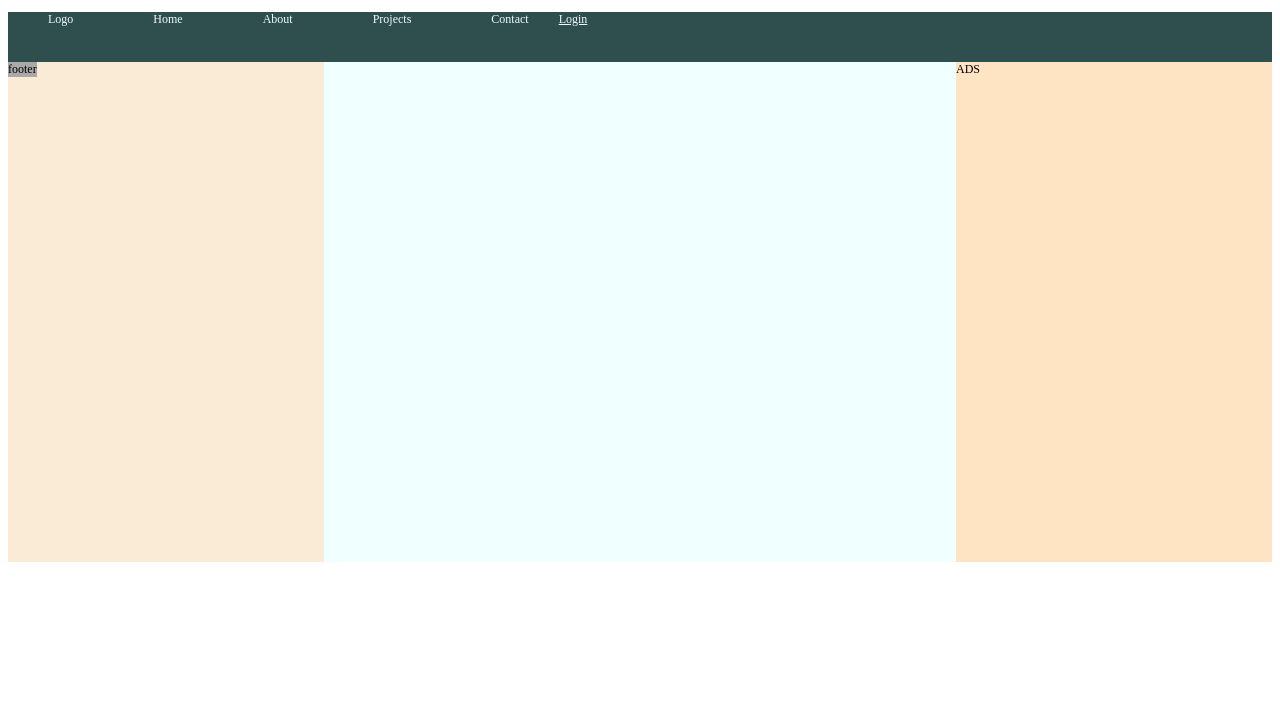
Repository: congle98/CSS_LayoutRWDCoBan
Page: index.html
An editor plug-in stored every save of this project. The page is shown before and after a run of saves, followed by the edit.
The browser window is 1280 px wide. The pictures show the whole page.

Above is the page before, as saved 2021-05-26 16:18:43.

### index.html
<!DOCTYPE html>
<html lang="en">
<head>
    <meta charset="UTF-8">
    <meta http-equiv="X-UA-Compatible" content="IE=edge">
    <meta name="viewport" content="width=device-width, initial-scale=1.0">
    <title>Document</title>
    <style>
        .col-1 {width: 8.33%;}
        .col-2 {width: 16.66%;}
        .col-3 {width: 25%;}
        .col-4 {width: 33.33%;}
        .col-5 {width: 41.66%;}
        .col-6 {width: 50%;}
        .col-7 {width: 58.33%;}
        .col-8 {width: 66.66%;}
        .col-9 {width: 75%;}
        .col-10 {width: 83.33%;}
        .col-11 {width: 91.66%;}
        .col-12 {width: 100%;}
        body{
            font-family:'Times New Roman', Times, serif;
            font-size: 12px;
        }
        .header{
            top: 0;
            background-color: darkslategray;
            height: 50px;
        }
        .header__nav-item{
            position:relative;
            float: left;
            margin-right: 80px;
           list-style-type: none;
        }
        .header__nav-item a{
            color: aliceblue;
            text-decoration: none;
        }
        .header__nav-login{
            color: aliceblue;
            position:relative;
            right: 50px;
        }
        .left{
            height: 500px;
            background-color: antiquewhite;
            position: relative;
            float: left;
        }
        .main{
            height: 500px;
            background-color: azure;
            position: relative;
            float: left;
        }
        .right{
            height: 500px;
            background-color: bisque;
            position: relative;
            float: left;
        }
        .footer{
            background-color: darkgray;
            position: fixed;
            float:
        }
    </style>
</head>
<body>
    <div class="app col-12">
        <header class="header col-12">
            <div class="header__nav-list col-8">
                 <ul>
                <li class="header__nav-item"><a href="">Logo</a></li>
                <li class="header__nav-item"><a href="">Home</a></li>
                <li class="header__nav-item"><a href="">About</a></li>
                <li class="header__nav-item"><a href="">Projects</a></li>
                <li class="header__nav-item"><a href="">Contact</a></li>
            </ul>
            </div>
            <div>
                <a class="header__nav-login col-4" href="">Login</a>
            </div>
        </header>
        <div class="left col-3">
            <a href="">link</a>
        </div>
        <div class="main col-6"></div>
        <div class="right col-3">ADS</div>
        <div class="footer">footer</div>
    </div>
</body>
</html>

After the next 4 saves:
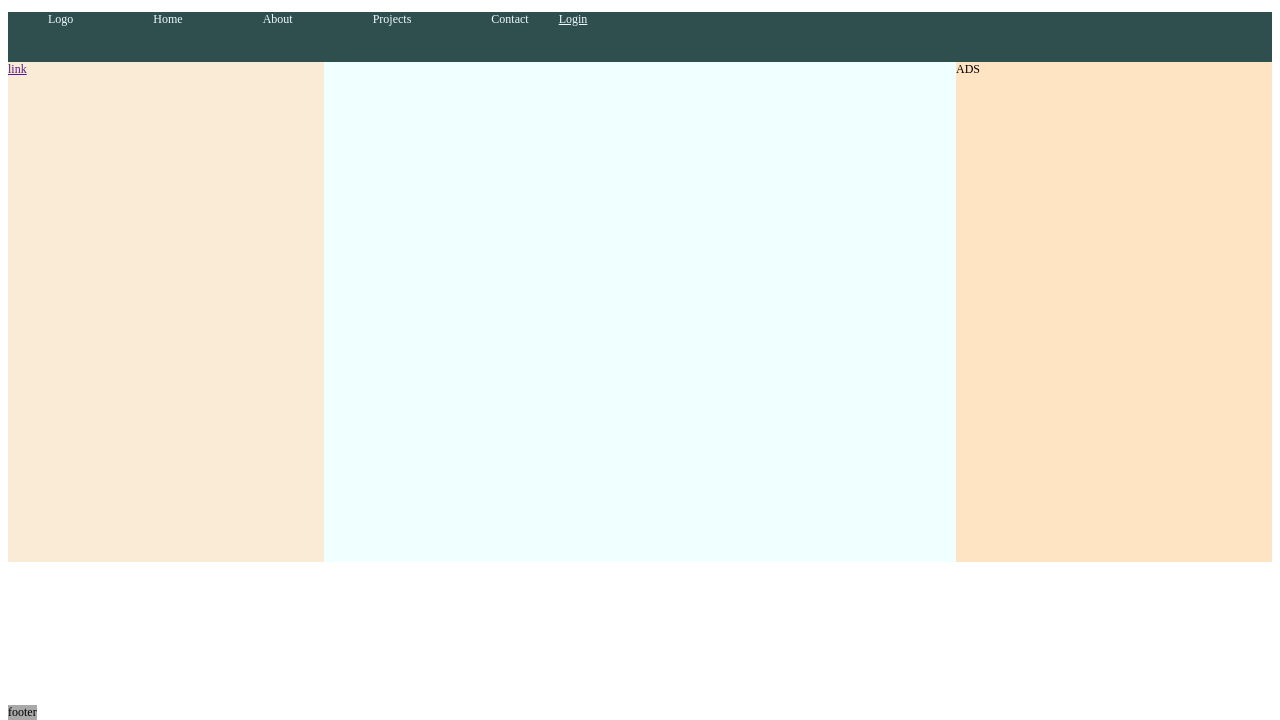
The 4 saves are shown as one change because they came seconds apart.
The last was saved 9 s later.
--- a/index.html
+++ b/index.html
@@ -63,7 +63,7 @@
         .footer{
             background-color: darkgray;
             position: fixed;
-            float:
+            bottom: 0;
         }
     </style>
 </head>
